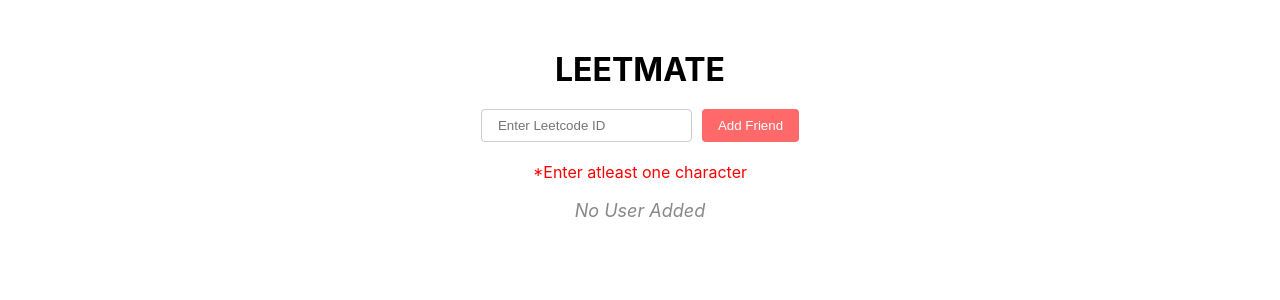
Repository: Sanketh149/leetcode-discord
Page: /
These files come from the project's save history. The page is drawn as it stood at one moment and after the next save; the edit follows.
The browser window is 1280 px wide. The pictures show the whole page.
The project was rebuilt for these pictures with package versions that can differ from the ones it lists, and the page was loaded fresh each time. Also part of the build but not shown: src/Modal.module.css, src/Modal.js, src/Cart.module.css, src/Cart.js.

Above is the page before, as saved 2023-06-21 17:11:06.

After the next save:
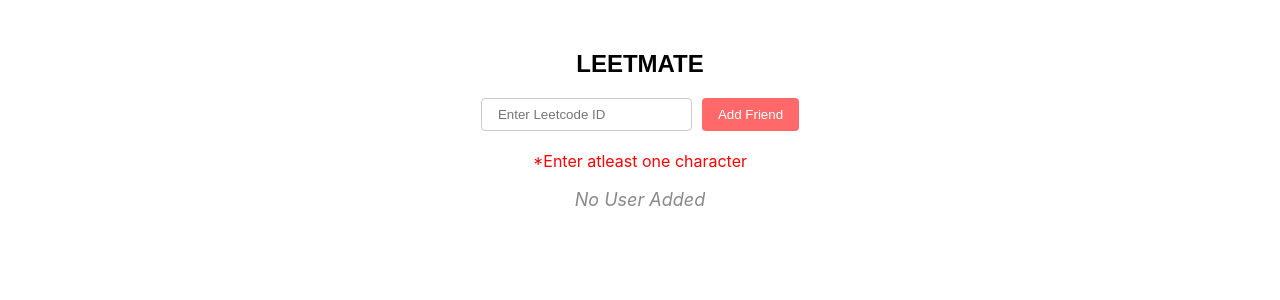
Saved 8 s later.
--- a/src/App.css
+++ b/src/App.css
@@ -4,7 +4,7 @@
 }
 
 .app__title {
-  font-family:cursive
+  font-family: Arial, Helvetica, sans-serif;
   font-size: 24px;
   margin-bottom: 20px;
 }
